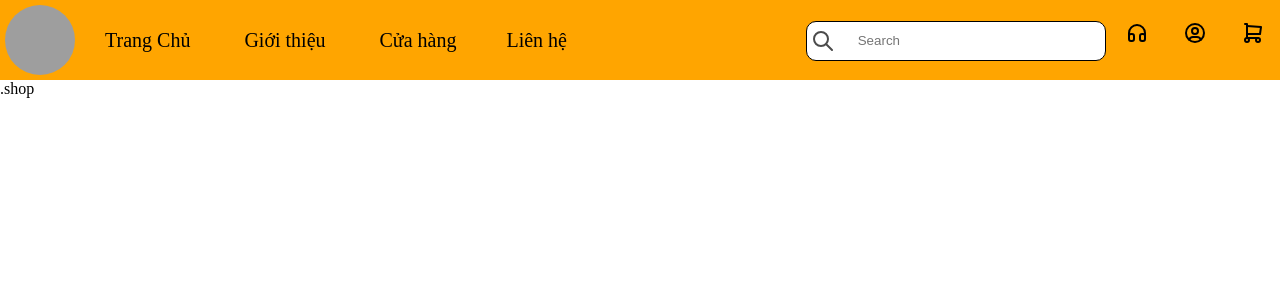
Repository: manhhieu120499/test-page
Page: index.html
The author's editor kept a copy of each file at every save. The page is drawn from the files as they stood at one save, then again after the next save.
The browser window is 1280 px wide. The pictures show the whole page.
Pictures or frames that could not be fetched are drawn as grey boxes.

Above is the page before, as saved 2023-01-11 23:24:04.

After the next save:
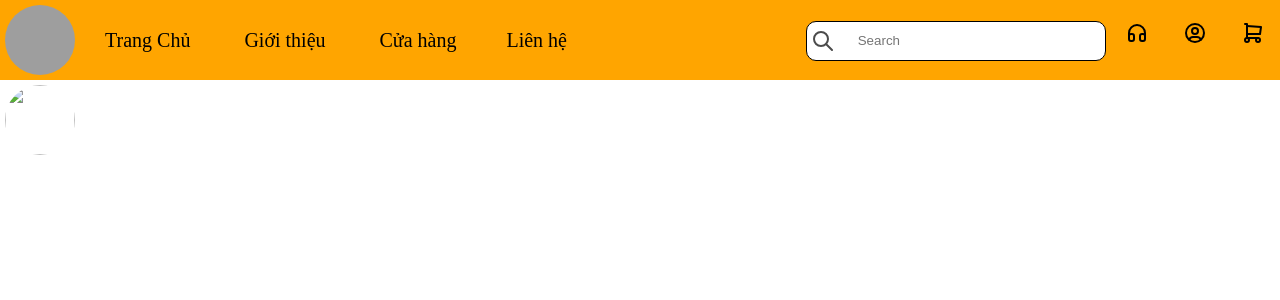
Saved 9 s later.
--- a/index.html
+++ b/index.html
@@ -67,7 +67,9 @@
     </div>
 
     <div class="body">
-        .shop
+        <div class="shop-picture">
+            <img src="" alt="">
+        </div>
     </div>
 
     <div id="footer">
